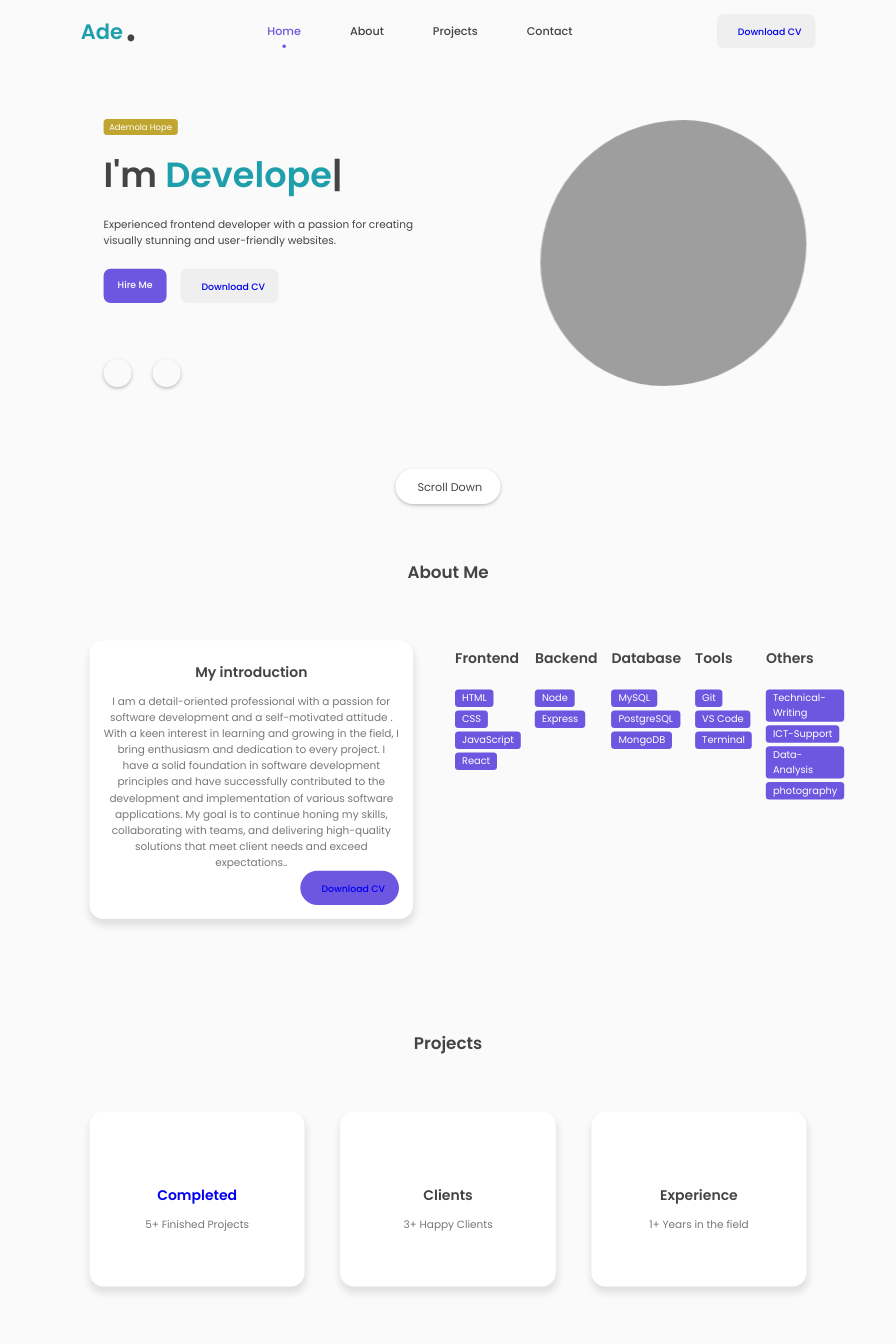
Repository: adehope1/My_Portfoilo
Page: index.html
An editor plug-in stored every save of this project. The page is shown before and after the next save, followed by the edit.
The browser window is 1280 px wide. The pictures show the part of the page from y = 0 to 1920 px (the page is 2928 px tall), at 70% of full size.
Pictures or frames that could not be fetched are drawn as grey boxes. Some icons come from a web library that is not loaded, so they are not drawn.

Above is the page before, as saved 2024-09-02 14:59:08.
Not found: assets/css/style.css

### index.html
<!DOCTYPE html>
<html lang="en">
<head>
    <meta charset="UTF-8">
    <meta name="viewport" content="width=device-width, initial-scale=1.0">

    <!-- --------- UNICONS ---------- -->
    <link rel="stylesheet" href="https://unicons.iconscout.com/release/v4.0.8/css/line.css">

    <!-- --------- CSS ---------- -->
    <link rel="stylesheet" href="assets/css/style.css">

    <!-- --------- FAVICON ---------- -->
    <link rel="shortcut icon" href="assets/images/favicon.png" type="image/x-icon">
    <link rel="stylesheet" href="./index.css">

    <title>Portfolio</title>
</head>
<body>
   <div class="container">
    <!-- --------------- HEADER --------------- -->
      <nav id="header">
        <div class="nav-logo">
            <p class="nav-name">Ade</p>
            <span>.</span>
        </div>
        <div class="nav-menu" id="myNavMenu">
            <ul class="nav_menu_list">
                <li class="nav_list">
                    <a href="#home" class="nav-link active-link">Home</a>
                    <div class="circle"></div>
                </li>
                <li class="nav_list">
                    <a href="#about" class="nav-link">About</a>
                    <div class="circle"></div>
                </li>
                <li class="nav_list">
                    <a href="#projects" class="nav-link">Projects</a>
                    <div class="circle"></div>
                </li>
                <li class="nav_list">
                    <a href="#contact" class="nav-link">Contact</a>
                    <div class="circle"></div>
                </li>
            </ul>
        </div>
        <div class="nav-button">
            <button class="btn"><i class="uil uil-file-alt"></i><a href="./assest/documents/tech-cve.pdf" download="tech-cve" style="text-decoration: none;">Download CV</a></button>
        </div>
        <div class="nav-menu-btn">
            <i class="uil uil-bars" onclick="myMenuFunction()"></i>
        </div>
      </nav>


    <!-- -------------- MAIN ---------------- -->
    <main class="wrapper">
       <!-- -------------- FEATURED BOX ---------------- -->
       <section class="featured-box" id="home">
          <div class="featured-text">
            <div class="featured-text-card">
                <span>Ademola Hope</span>
            </div>
            <div class="featured-name">
                <p>I'm <span class="typedText">Developer</span></p>
            </div>
            <div class="featured-text-info">
                <p>Experienced frontend developer with a passion for creating visually stunning
                   and user-friendly websites.
                </p>
            </div>
            <div class="featured-text-btn">
                <button class="btn blue-btn">Hire Me</button>
                <button class="btn"><i class="uil uil-file-alt"></i><a href="./assest/documents/tech-cve.pdf" download="tech-cve" style="text-decoration: none;">Download CV</a></button>
            </div>
            <div class="social_icons">
                <div class="icon"><a href="http://linkedin.com/adehope2021" target="_blank" rel="noopener noreferrer"></a><i class="uil uil-linkedin-alt"></i></div>
                <div class="icon"><a href="https://github.com/adehope1/" target="_blank"></a><i class="uil uil-github-alt"></i></div>
            </div>
          </div>
          <div class="featured-image">
            <div class="image">
                <img src="./assest/image/Mr Hope.jpg" alt="avatar">
            </div>
          </div>
          <div class="scroll-icon-box">
            <a href="#about" class="scroll-btn">
                <i class="uil uil-mouse-alt"></i>
                <p>Scroll Down</p>
            </a>
          </div>

       </section>
       <!-- -------------- ABOUT BOX ---------------- -->
       <section class="section" id="about">
          <div class="top-header">
            <h1>About Me</h1>
          </div>
          <div class="row">
            <div class="col">
                <div class="about-info">
                    <h3>My introduction</h3>
                    <p>I am a detail-oriented professional with a passion for software development and a self-motivated attitude . With a keen interest in learning and growing in the field, I bring enthusiasm and dedication to every project. I have a solid foundation in software development principles and have successfully contributed to the development and implementation of various software applications. My goal is to continue honing my skills, collaborating with teams, and delivering high-quality solutions that meet client needs and exceed expectations..
                    </p>
                    <div class="about-btn">
                        <button class="btn"><i class="uil uil-import"></i><a href="./assest/documents/tech-cve.pdf" download="tech-cve" style="text-decoration: none;">Download CV</a></button>
                    </div>
                </div>
            </div>
            <div class="col">
                <div class="skills-box">
                    <div class="skills-header">
                        <h3>Frontend</h3>
                    </div>
                    <div class="skills-list">
                        <span>HTML</span>
                        <span>CSS</span>
                        <span>JavaScript</span>
                        <span>React</span>
                    </div>
                </div>
                <div class="skills-box">
                    <div class="skills-header">
                        <h3>Backend</h3>
                    </div>
                    <div class="skills-list">
                        <span>Node</span>
                        <span>Express</span>
                    </div>
                </div>
                <div class="skills-box">
                    <div class="skills-header">
                        <h3>Database</h3>
                    </div>
                    <div class="skills-list">
                        <span>MySQL</span>
                        <span>PostgreSQL</span>
                        <span>MongoDB</span>
                    </div>
                </div>
                <div class="skills-box">
                    <div class="skills-header">
                        <h3>Tools</h3>
                    </div>
                    <div class="skills-list">
                        <span>Git</span>
                        <span>VS Code</span>
                        <span>Terminal</span>
                    </div>
                </div>
                <div class="skills-box">
                    <div class="skills-header">
                        <h3>Others</h3>
                    </div>
                    <div class="skills-list">
                        <span>Technical-Writing</span>
                        <span>ICT-Support</span>
                        <span>Data-Analysis</span>
                        <span>photography</span>
                    </div>

                </div>
            </div>
          </div>
       </section>

       <!-- -------------- PROJECT BOX ---------------- -->

       <section class="section" id="projects">
          <div class="top-header">
              <h1>Projects</h1>
          </div>
          <div class="project-container">
            <div class="project-box">
                <i class="uil uil-briefcase-alt"></i>
                <h3><a href="./assest/index2.html" target="_blank" style="text-decoration: none;">Completed</a></h3>
                <label>5+ Finished Projects</label>
            </div>
            <div class="project-box">
                <i class="uil uil-users-alt"></i>
                <h3>Clients</h3>
                <label>3+ Happy Clients</label>
            </div>
            <div class="project-box">
                <i class="uil uil-award"></i>
                <h3>Experience</h3>
                <label>1+ Years in the field</label>
            </div>
          </div>
       </section>

       <!-- -------------- CONTACT BOX ---------------- -->

       <section class="section" id="contact">
          <div class="top-header">
            <h1>Get in touch</h1>
            <span>Do you have a project in your mind, contact me here</span>
          </div>
          <div class="row">
             <div class="col">
                <div class="contact-info">
                    <h2>Find Me <i class="uil uil-corner-right-down"></i></h2>
                    <p><i class="uil uil-envelope"></i> Email: adeoyeademola@gmail.com</p>
                    <p><i class="uil uil-phone"></i> Tel: +2347065714450</p>
                </div>
             </div>
             <div class="col">
                <div class="form-control">
                    <div class="form-inputs">
                        <input type="text" class="input-field" placeholder="Name">
                        <input type="text" class="input-field" placeholder="Email">
                    </div>
                    <div class="text-area">
                        <textarea placeholder="Message"></textarea>
                    </div>
                    <div class="form-button">
                        <button class="btn">Send <a href="http://mail.google.com" target="_blank" rel="noopener noreferrer"></a><i class="uil uil-message"></i></button>
                    </div>
                </div>
             </div>
          </div>
       </section>

    </main>


    <!-- --------------- FOOTER --------------- -->
    <footer>
        <div class="top-footer">
            <p>Ademola Hope .</p>
        </div>
        <div class="middle-footer">
            <ul class="footer-menu">
                <li class="footer_menu_list">
                    <a href="#home">Home</a>
                </li>
                <li class="footer_menu_list">
                    <a href="#about">About</a>
                </li>
                <li class="footer_menu_list">
                    <a href="#projects">Projects</a>
                </li>
                <li class="footer_menu_list">
                    <a href="#contact">Contact</a>
                </li>
            </ul>
        </div>
        <div class="footer-social-icons">
            <div class="icon"><a href="https://www.linkedin.com/in/adehope2021" target="_blank"><i class="uil uil-linkedin-alt"></i></a></div>
            <div class="icon"><a href="https://github.com/adehope1/" target="_blank"><i class="uil uil-github-alt" ></i></a></div>
        </div>
        <div class="bottom-footer">
            <p>Copyright &copy; <a href="#home" style="text-decoration: none;">Ademola Hope</a> - All rights reserved</p>
        </div>
    </footer>

    </div>




    <!-- ----- TYPING JS Link ----- -->
     <script src="https://unpkg.com/typed.js@2.0.16/dist/typed.umd.js"></script>

       <!-- ----- SCROLL REVEAL JS Link----- -->
    <script src="https://unpkg.com/scrollreveal"></script>

    <!-- ----- MAIN JS ----- -->
    <script src="./index.js"></script>
</body>
</html>

### index.css
/* ----- POPPINS FONT Link ----- */
@import url('https://fonts.googleapis.com/css2?family=Poppins:wght@400;500;600;700&display=swap');

/* ----- VARIABLES ----- */
:root{
    --body-color: rgb(250, 250, 250);
    --color-white: rgb(255, 255, 255);

    --text-color-second: rgb(68, 68, 68);
    --text-color-third: rgb(30, 159, 171);

    --first-color: rgb(110, 87, 224);
    --first-color-hover: rgb(40, 91, 212);

    --second-color: rgb(0, 201, 255);
    --third-color: rgb(192, 166, 49);
    --first-shadow-color: rgba(0, 0, 0, 0.1);

}

/* ----- BASE ----- */
*{
    margin: 0;
    padding: 0;
    box-sizing: border-box;
    font-family: 'Poppins', sans-serif;
}

/* ----- SMOOTH SCROLL ----- */
html{
    scroll-behavior: smooth;
}

/* ----- CHANGE THE SCROLL BAR DESIGN ----- */
::-webkit-scrollbar{
    width: 10px;
    border-radius: 25px;
}
::-webkit-scrollbar-track{
    background: #f1f1f1;
}
::-webkit-scrollbar-thumb{
    background: #ccc;
    border-radius: 30px;
}
::-webkit-scrollbar-thumb:hover{
    background: #bbb;
}


/* ---##-- REUSABLE CSS --##--- */

/* ----- GLOBAL BUTTON DESIGN ----- */
.btn{
    font-weight: 500;
    padding: 12px 20px;
    background: #efefef;
    border: none;
    border-radius: 10px;
    cursor: pointer;
    transition: .4s;
}
.btn>i{
    margin-left: 10px;
}
.btn:hover{
    background: var(--second-color);
    color: var(--color-white);
}

/* ----- GLOBAL ICONS DESIGN ----- */
i{
    font-size: 16px;
}

/* ------- BASE -------- */
body{
    background: var(--body-color);
}
.container{
    width: 100%;
    position: relative;
}

/* ----- NAVIGATION BAR ----- */
nav{
    position: fixed;
    display: flex;
    justify-content: space-between;
    width: 100%;
    height: 90px;
    line-height: 90px;
    background: var(--body-color);
    padding-inline: 9vw;
    transition: .3s;
    z-index: 100;
}
.nav-logo{
   position: relative;
}
.nav-name{
    font-size: 30px;
    font-weight: 600;
    color: var(--text-color-third);
}
.nav-logo span{
    position: absolute;
    top: -15px;
    right: -20px;
    font-size: 5em;
    color: var(--text-color-second);
}
.nav-menu, .nav_menu_list{
    display: flex;
}
.nav-menu .nav_list{
    list-style: none;
    position: relative;
}
.nav-link{
    text-decoration: none;
    color: var(--text-color-second);
    font-weight: 500;
    padding-inline: 15px;
    margin-inline: 20px;
}
.nav-menu-btn{
    display: none;
}
.nav-menu-btn i{
    font-size: 28px;
    cursor: pointer;
}
.active-link{
    position: relative;
    color: var(--first-color);
    transition: .3;
}
.active-link::after{
    content: '';
    position: absolute;
    left: 50%;
    bottom: -15px;
    transform: translate(-50%, -50%);
    width: 5px;
    height: 5px;
    background: var(--first-color);
    border-radius: 50%;
}


/* ----- WRAPPER DESIGN ----- */
.wrapper{
    padding-inline: 10vw;
}

/* ----- FEATURED BOX ----- */
.featured-box{
    position: relative;
    display: flex;
    height: 100vh;
    min-height: 700px;
}

/* ----- FEATURED TEXT BOX ----- */
.featured-text{
    position: relative;
    display: flex;
    justify-content: center;
    align-content: center;
    min-height: 80vh;
    flex-direction: column;
    width: 50%;
    padding-left: 20px;
}
.featured-text-card span{
    background: var(--third-color);
    color: var(--color-white);
    padding: 3px 8px;
    font-size: 12px;
    border-radius: 5px;
}
.featured-name{
    font-size: 50px;
    font-weight: 600;
    color: var(--text-color-second);
    margin-block: 20px;
}
.typedText{
    text-transform: capitalize;
    color: var(--text-color-third);
}
.featured-text-info{
    font-size: 15px;
    margin-bottom: 30px;
    color: var(--text-color-second);
}
.featured-text-btn{
    display: flex;
    gap: 20px;
}
.featured-text-btn>.blue-btn{
    background: var(--first-color);
    color: var(--color-white);
}
.featured-text-btn>.blue-btn:hover{
    background: var(--first-color-hover);
}
.social_icons{
    display: flex;
    margin-top: 5em;
    gap: 30px;
}
.icon{
    display: flex;
    justify-content: center;
    align-items: center;
    width: 40px;
    height: 40px;
    border-radius: 50%;
    box-shadow: 0px 2px 5px 0px rgba(0, 0, 0, 0.25);
    cursor: pointer;
}
.icon:hover{
    color: var(--first-color);
}

/* ----- FEATURED IMAGE BOX ----- */
.featured-image{
    display: flex;
    justify-content: right;
    align-content: center;
    min-height: 80vh;
    width: 50%;
}
.image{
    margin: auto 0;
    width: 380px;
    height: 380px;
    border-radius: 55% 45% 55% 45%;
    overflow: hidden;
    animation: imgFloat 7s ease-in-out infinite;
}
.image img{
    width: 380px;
    height: 380px;
    object-fit: cover;
}
@keyframes imgFloat {
    50%{
        transform: translateY(10px);
        border-radius: 45% 55% 45% 55%;
    }
}
.scroll-btn{
   position: absolute;
   bottom: 0;
   left: 50%;
   translate: -50%;
   display: flex;
   justify-content: center;
   align-items: center;
   width: 150px;
   height: 50px;
   gap: 5px;
   text-decoration: none;
   color: var(--text-color-second);
   background: var(--color-white);
   border-radius: 30px;
   box-shadow: 0 2px 5px 0 rgba(0, 0, 0, 0.25);
}
.scroll-btn i{
    font-size: 20px;
}

/* ----- MAIN BOX ----- */
.section{
    padding-block: 5em;
}
.row{
    display: flex;
    justify-content: space-between;
    width: 100%;
    gap: 50px;
}
.col{
    display: flex;
    width: 50%;
}

/* -- ## --- RESUABLE CSS -- ## -- */
.top-header{
    text-align: center;
    margin-bottom: 5em;
}
.top-header h1{
    font-weight: 600;
    color: var(--text-color-second);
    margin-bottom: 10px;
}
.top-header span{
    color: #999;
}
h3{
    font-size: 20px;
    font-weight: 600;
    color: var(--text-color-second);
    margin-bottom: 15px;
}

/* ----- ABOUT INFO ----- */
.about-info{
    position: relative;
    display: flex;
    align-items: center;
    flex-direction: column;
    padding-block: 30px 70px;
    padding-inline: 20px;
    width: 100%;
    background: var(--color-white);
    box-shadow: 1px 8px 10px 2px var(--first-shadow-color);
    border-radius: 20px;
}
.about-info p{
    text-align: center;
    font-size: 15px;
    color: #777;
}
.about-btn button{
    position: absolute;
    right: 20px;
    bottom: 20px;
    background: var(--first-color);
    color: var(--color-white);
    border-radius: 30px;
}
.about-btn button:hover{
    background: var(--first-color-hover);
}

/* ----- ABOUT / SKILLS BOX ----- */
.skills-box{
    margin: 10px;
}
.skills-header{
    margin-bottom: 30px;
}
.skills-list{
    display: flex;
    flex-wrap: wrap;
    gap: 5px;
}
.skills-list span{
    font-size: 14px;
    background: var(--first-color);
    color: var(--color-white);
    padding: 2px 10px;
    border-radius: 5px;
}

/* ----- PROJECTS BOX ----- */
.project-container{
    display: flex;
    width: 100%;
    justify-content: space-between;
    gap: 20px;
    flex-wrap: wrap;
}
.project-box{
    position: relative;
    display: flex;
    justify-content: center;
    align-items: center;
    flex-direction: column;
    width: 30%;
    height: 250px;
    background: var(--color-white);
    border-radius: 20px;
    box-shadow: 1px 8px 10px 2px var(--first-shadow-color);
    overflow: hidden;
}
.project-box>i{
    font-size: 50px;
    color: #00B5E7;
    margin-bottom: 25px;
}
.project-box label{
    font-size: 15px;
    color: #777;
}
.project-box::after, .contact-info::after{
    content: "";
    position: absolute;
    bottom: -100%;
    background: var(--second-color);
    width: 100%;
    height: 100%;
    transition: .4s;
    z-index: 1;
}
.project-box:hover.project-box::after,
.contact-info:hover.contact-info::after{
    bottom: 0;
}
.project-box:hover.project-box i,
.project-box:hover.project-box>h3,
.project-box:hover.project-box>label{
    color: var(--color-white);
    z-index: 2;
}

/* ----- CONTACT BOX ----- */
.contact-info{
    position: relative;
    display: flex;
    flex-direction: column;
    justify-content: center;
    align-items: center;
    padding: 20px 30px;
    width: 100%;
    height: 315px;
    background: var(--second-color);
    border-radius: 10px;
    box-shadow: 1px 8px 10px 2px var(--first-shadow-color);
    overflow: hidden;
}
.contact-info>h2{
    color: var(--color-white);
    margin-bottom: 20px;
}
.contact-info>p{
    display: flex;
    align-items: center;
    gap: 10px;
    color: var(--color-white);
    margin-block: 5px;
}
.contact-info p>i{
    font-size: 18px;
}
.contact-info::after{
    background: var(--color-white);
}
.contact-info:hover.contact-info h2,
.contact-info:hover.contact-info p,
.contact-info:hover.contact-info i{
    color: #777;
    z-index: 2;
}

/* ----- CONTACT FORM ----- */
.form-control{
    display: flex;
    flex-direction: column;
    gap: 10px;
    width: 100%;
}
.form-inputs{
    display: flex;
    gap: 10px;
    width: 100%;
}
.input-field{
    width: 50%;
    height: 55px;
    background: transparent;
    border: 2px solid #AAA;
    border-radius: 10px;
    padding-inline: 20px;
    outline: none;
}
textarea{
    width: 100%;
    height: 250px;
    background: transparent;
    border: 2px solid #AAA;
    border-radius: 10px;
    padding: 15px 20px;
    outline: none;
    resize: none;
}
.form-button>.btn{
    display: flex;
    align-items: center;
    justify-content: center;
    background: var(--second-color);
    color: var(--color-white);
}
.form-button>.btn:hover{
    background: #00B5E7;
}
.form-button i{
    font-size: 18px;
    rotate: -45deg;
}

/* ----- FOOTER BOX ----- */
footer{
    display: flex;
    justify-content: center;
    align-items: center;
    flex-direction: column;
    row-gap: 30px;
    background: #F8F8F8;
    padding-block: 40px 60px;
}
.top-footer p{
    font-size: 25px;
    font-weight: 600;
}
.middle-footer .footer-menu{
    display: flex;
}
.footer_menu_list{
    list-style: none;
}
.footer_menu_list a{
    text-decoration: none;
    color: var(--text-color-second);
    font-weight: 500;
    margin-inline: 20px;
}
.footer-social-icons{
    display: flex;
    gap: 30px;
}
.bottom-footer{
    font-size: 14px;
    margin-top: 10px;
}


/* ----- MEDIA QUERY == 1024px / RESPONSIVE ----- */
@media only screen and (max-width: 1024px){
    .featured-text{
        padding: 0;
    }
    .image, .image img{
        width: 320px;
        height: 320px;
    }
}

/* ----- MEDIA QUERY == 900px / RESPONSIVE ----- */
@media only screen and (max-width: 900px) {
    .nav-button{
        display: none;
    }
    .nav-menu.responsive{
        left: 0;
    }
    .nav-menu{
        position: fixed;
        top: 80px;
        left: -100%;
        flex-direction: column;
        justify-content: center;
        align-items: center;
        background: rgba(255, 255, 255, 0.7);
        backdrop-filter: blur(20px);
        width: 100%;
        min-height: 450px;
        height: 90vh;
        transition: .3s;
    }
    .nav_menu_list{
        flex-direction: column;
    }
    .nav-menu-btn{
        display: flex;
        align-items: center;
        justify-content: center;
    }
    .featured-box{
        flex-direction: column;
        justify-content: center;
        height: 100vh;
    }
    .featured-text{
        width: 100%;
        order: 2;
        justify-content: center;
        align-content: flex-start;
        min-height: 60vh;
    }
    .social_icons{
        margin-top: 2em;
    }
    .featured-image{
        order: 1;
        justify-content: center;
        min-height: 150px;
        width: 100%;
        margin-top: 65px;
    }
    .image, .image img{
        width: 150px;
        height: 150px;
    }
    .row{
        display: flex;
        flex-direction: column;
        justify-content: center;
        gap: 50px;
    }
    .col{
        display: flex;
        justify-content: center;
        width: 100%;
    }
    .about-info, .contact-info{
        width: 100%;
    }
    .project-container{
        justify-content: center;
    }
    .project-box{
        width: 80%;
    }

}

/* ----- MEDIA QUERY == 540px / RESPONSIVE ----- */

@media only screen and (max-width: 540px){
    .featured-name{
        font-size: 40px;
    }
    .project-box{
        width: 100%;
    }
    .form-inputs{
        flex-direction: column;
    }
    .input-field{
        width: 100%;
    }
}

Loaded but not shown: index.js (117 lines, source omitted)

After the next save:
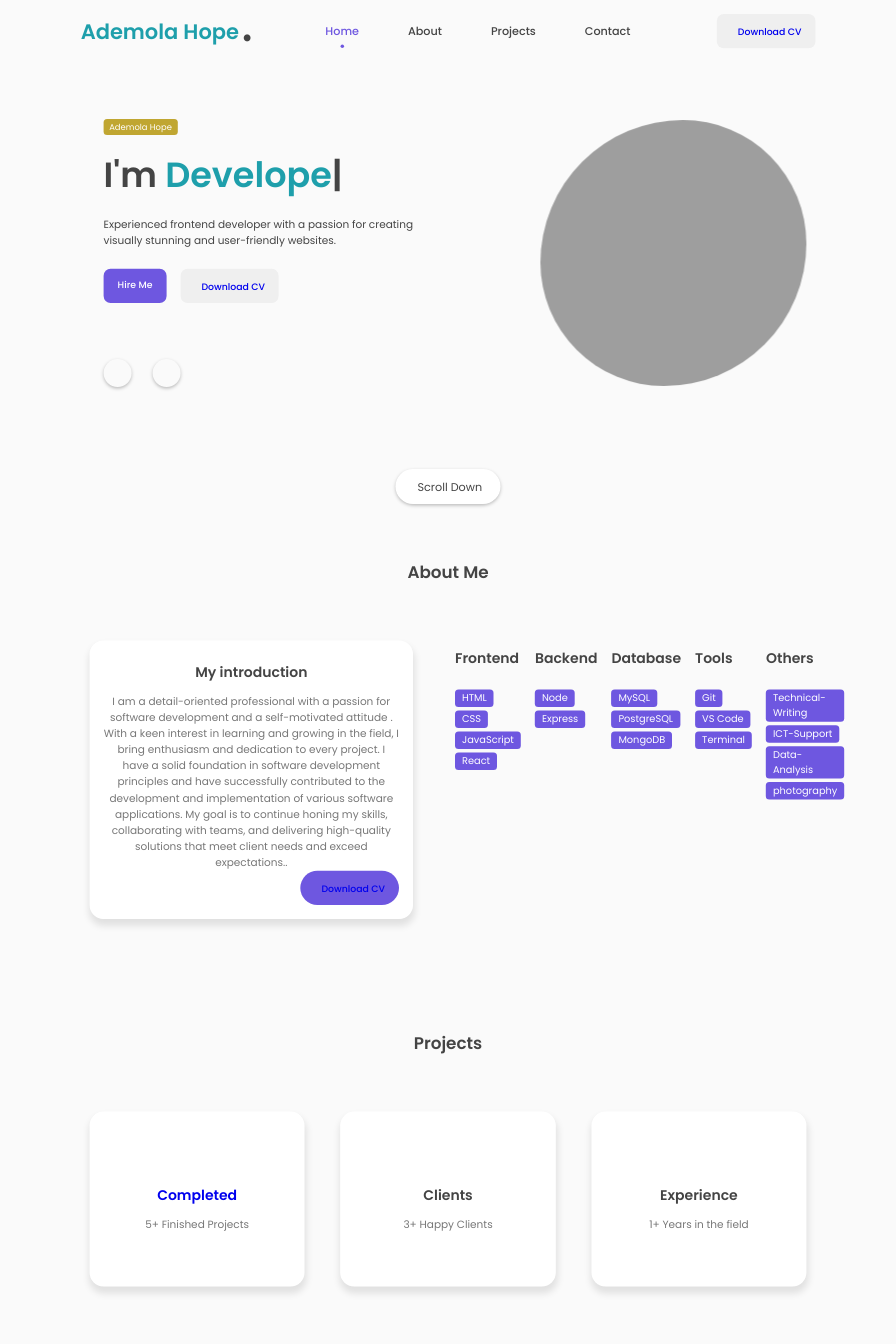
Saved 6 s later.
--- a/index.html
+++ b/index.html
@@ -21,7 +21,7 @@
     <!-- --------------- HEADER --------------- -->
       <nav id="header">
         <div class="nav-logo">
-            <p class="nav-name">Ade</p>
+            <p class="nav-name">Ademola Hope</p>
             <span>.</span>
         </div>
         <div class="nav-menu" id="myNavMenu">
